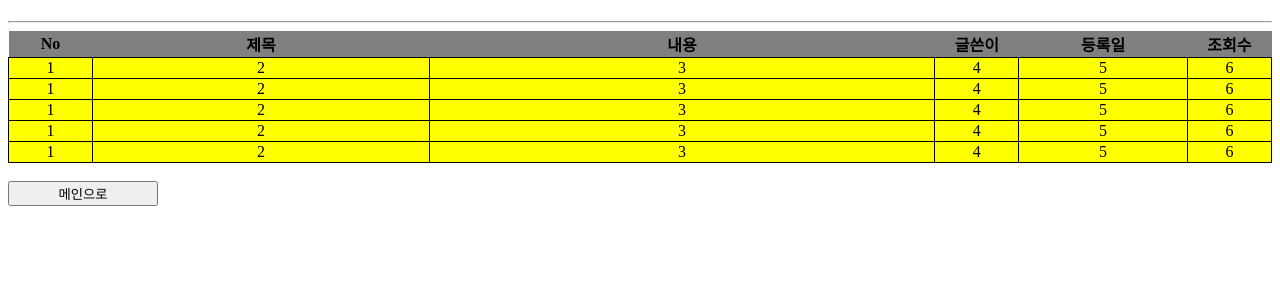
Repository: jeonghyunseok/GMSUI
Page: GMSUI/WebContent/board/board_list.html
An editor plug-in stored every save of this project. The page is shown before and after the next save, followed by the edit.
The browser window is 1280 px wide. The pictures show the whole page.

Above is the page before, as saved 2017-07-19 06:57:55.

### GMSUI/WebContent/board/board_list.html
<!DOCTYPE html>
<html>
<head>
<meta charset="UTF-8">
<title>board_list</title>
<style>
tr {
   text-align: center;
   border-bottom: solid 1px black;
}
td{
   border: solid 1px black;
}
</style>
</head>
<body>
<h1></h1>
<hr />
<table style="width:  100%; border-collapse: collapse;">
	<tr style="background-color: gray">
		<th style="width: 5%;text-align:center;">No</th>
		<th style="width: 20%;text-align:center;">제목</th>
		<th style="width: 30%;text-align:center;">내용</th>
		<th style="width: 5%;text-align:center;">글쓴이</th>
		<th style="width: 10%;text-align:center;">등록일</th>
		<th style="width: 5%;text-align:center;">조회수</th>
	</tr>
	<tr style="width:10%;text-align:center;background-color: yellow">
		<td style="border: 1px solid black;">1</td>
		<td >2</td>
		<td >3</td>
		<td >4</td>
		<td >5</td>
		<td >6</td>
	</tr>
	<tr style="width: 10%;text-align:center; background-color: yellow">
		<td >1</td>
		<td >2</td>
		<td >3</td>
		<td >4</td>
		<td >5</td>
		<td >6</td>

	</tr>
	<tr style="width: 10%;text-align:center; background-color: yellow">
		<td >1</td>
		<td >2</td>
		<td >3</td>
		<td >4</td>
		<td >5</td>
		<td >6</td>

	</tr>
	<tr style="width: 10%;text-align:center; background-color: yellow">
		<td >1</td>
		<td >2</td>
		<td >3</td>
		<td >4</td>
		<td >5</td>
		<td >6</td>

	</tr>
	<tr style="width: 10%;text-align:center; background-color: yellow">
		<td >1</td>
		<td >2</td>
		<td >3</td>
		<td >4</td>
		<td >5</td>
		<td >6</td>

	</tr>
</table><br />
<button style="width: 150px" onclick="window.location.href='../index.html'">메인으로</button>
</body>
</html>

After the next save:
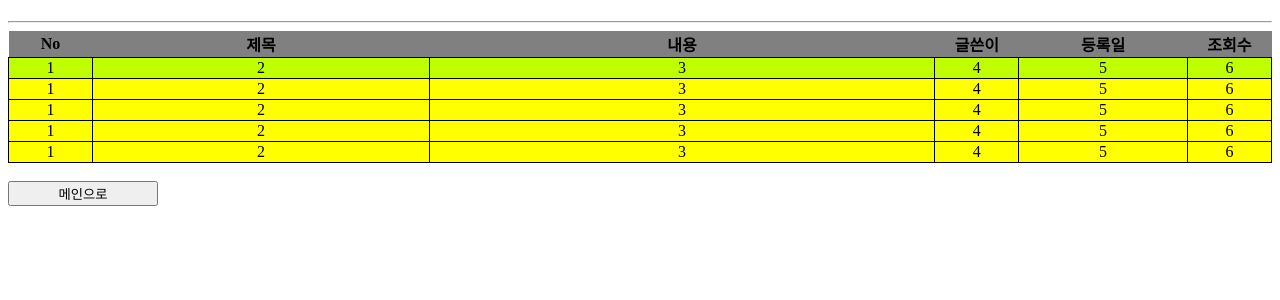
Saved 72 s later.
--- a/GMSUI/WebContent/board/board_list.html
+++ b/GMSUI/WebContent/board/board_list.html
@@ -25,7 +25,7 @@ td{
 		<th style="width: 10%;text-align:center;">등록일</th>
 		<th style="width: 5%;text-align:center;">조회수</th>
 	</tr>
-	<tr style="width:10%;text-align:center;background-color: yellow">
+	<tr style="width:10%;text-align:center;background-color:#bfff00">
 		<td style="border: 1px solid black;">1</td>
 		<td >2</td>
 		<td >3</td>
